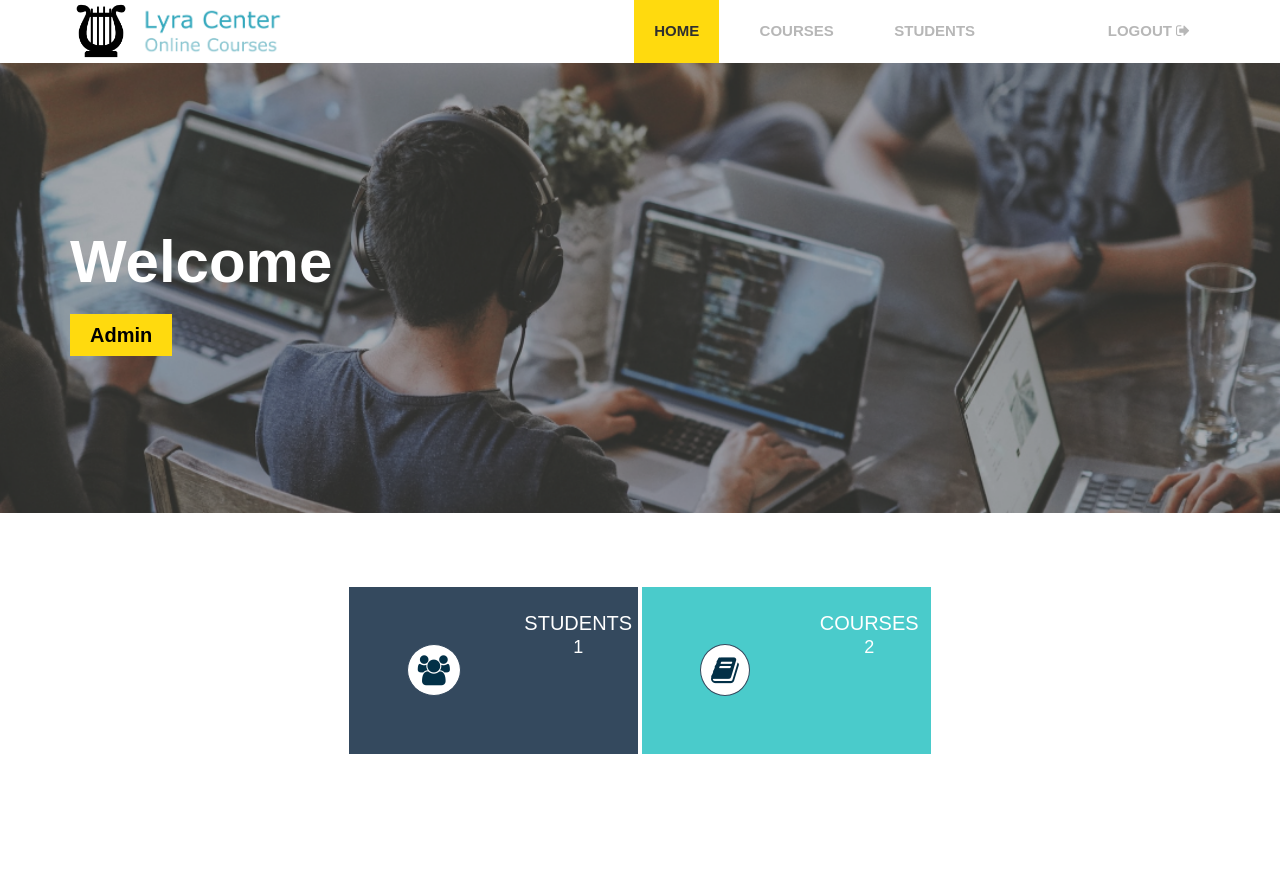
Repository: jersmaecrz/lyra-center
Page: http://localhost/aHome.php
These files come from the project's save history. The page is drawn as it stood at one moment and after the next save; the edit follows.
The browser window is 1280 px wide. The pictures show the whole page.
Some web fonts or font styles are not loaded; a fallback is used. The page is run by PHP 8.4 with error messages shown; the project is at /var/www/html/.

Above is the page before, as saved 2022-12-03 21:59:55.

After the next save:
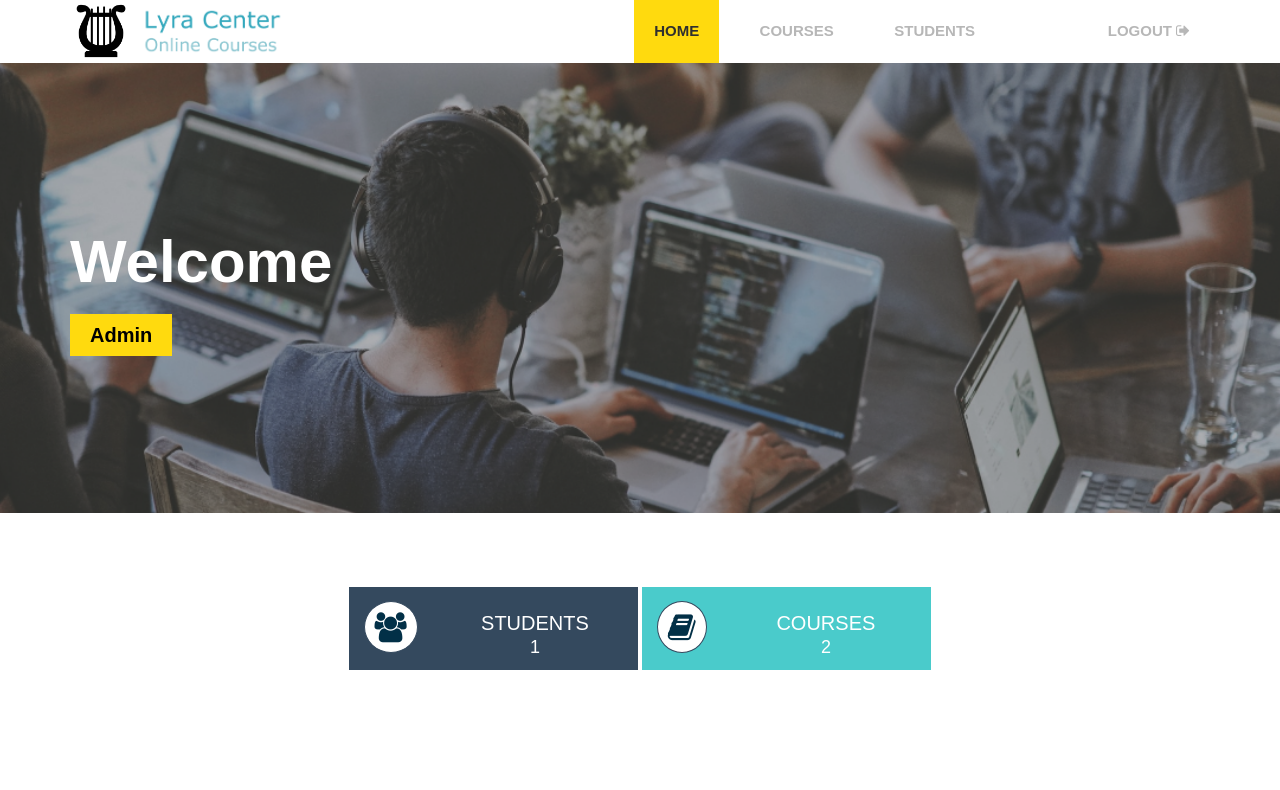
Saved 9 s later.
--- a/css/admin-home-style.css
+++ b/css/admin-home-style.css
@@ -22,7 +22,7 @@
 	padding:10px;
 	border:1px solid #34495E;
 	margin-bottom: 10px;
-    margin: 20%;
+    margin: 5%;
 	background-color:#fff;
     border-radius: 50%;
     float: left;
